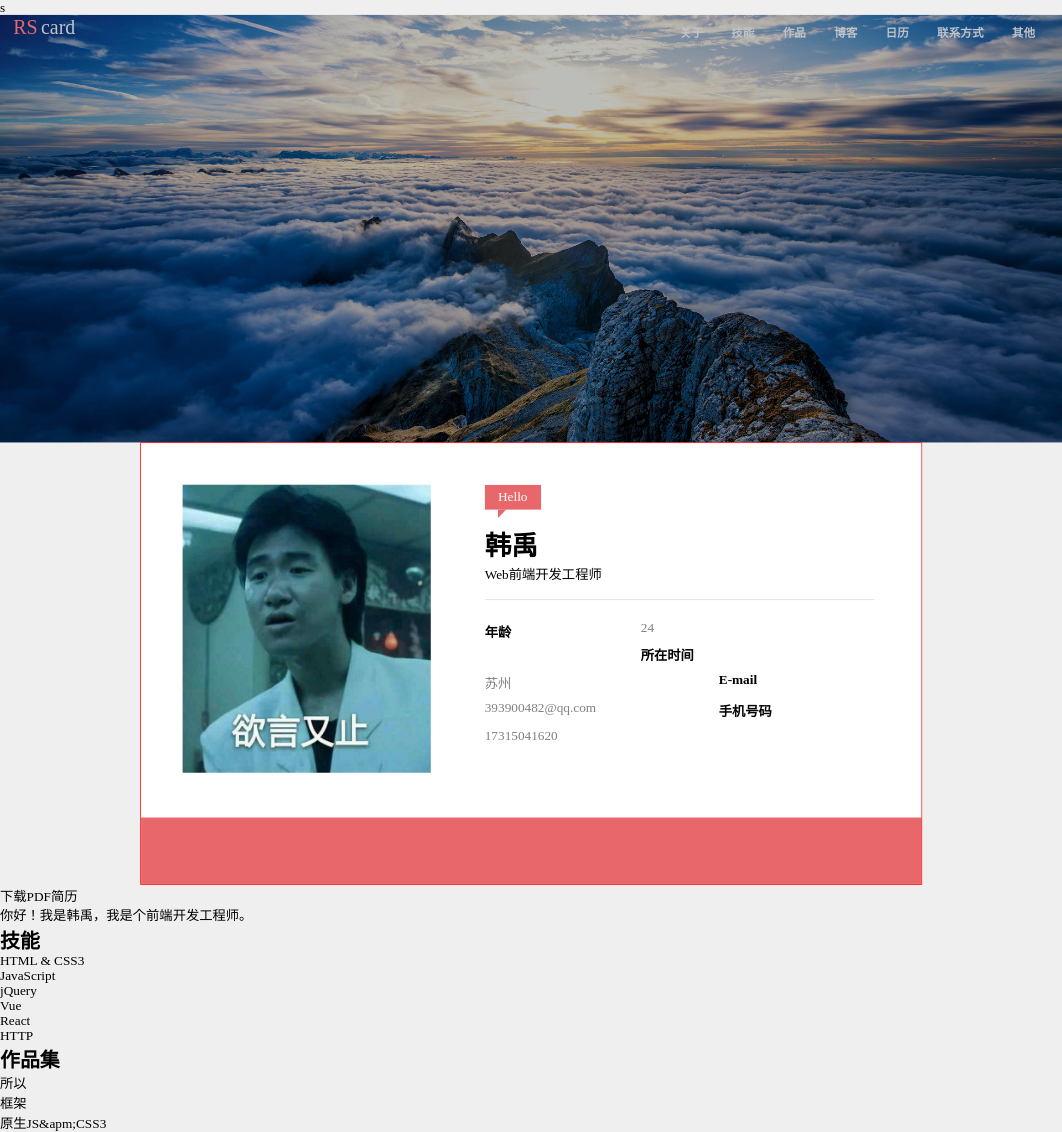
Repository: yorkHan/resume
Page: index.html
An editor plug-in stored every save of this project. The page is shown before and after the next save, followed by the edit.
The browser window is 1280 px wide. The pictures show the whole page, at 83% of full size.

Above is the page before, as saved 2018-04-10 00:50:11.

### index.html
<!DOCTYPE html>
<html lang="en">
<head>
    <meta charset="UTF-8">
    <meta name="viewport" content="width=device-width, initial-scale=1.0">
    <meta http-equiv="X-UA-Compatible" content="ie=edge">
    <title>Document</title>
    <link rel="stylesheet" href="./1.css">
    <script src="//at.alicdn.com/t/font_621912_9r2kl0u76xzb0529.js"></script>
    <style type="text/css">
        .icon {
           width: 1em; height: 1em;
           vertical-align: -0.15em;
           fill: currentColor;
           overflow: hidden;
        }
    </style>s
</head>
<body>
    <div class="topNavBar clearfix">
        <div class="topNavBar-inner clearfix">
            <a class="logo" href="#" alt="logo" style="float:left;">
                <span class="rs">RS</span><span class="card">card</span>
            </a>
            <nav>
                <ul class="clearfix" style="float: right;">
                    <li><a href="#">关于</a></li>
                    <li><a href="#">技能</a></li>
                    <li><a href="#">作品</a></li>
                    <li><a href="#">博客</a></li>
                    <li><a href="#">日历</a></li>
                    <li><a href="#">联系方式</a></li>
                    <li><a href="#">其他</a></li>
                </ul>
            </nav>
        </div>
    </div>
    <div class="banner" style="background-image: url(./images/3.jpg)">
        <div class="mask"></div>
    </div>
    <main>
        <div class="usercard">
            <div class="textAndPicture clearfix">
                <div class="pic">
                    <img src="./images/avatar.png" style="width:299px;height:347px" alt="头像">
                </div>
                <div class="text">
                    <div class="profile">
                    <span class="welcome">Hello
                        <span class="triangle"></span>
                    </span>
                    <h1>韩禹</h1>
                    <p>Web前端开发工程师</p>
                    <hr>
                    <dl>
                        <dt>年龄</dt>
                        <dd>24</dd>
                        <dt>所在时间</dt>
                        <dd>苏州</dd>
                        <dt>E-mail</dt>
                        <dd>393900482@qq.com</dd>
                        <dt>手机号码</dt>
                        <dd>17315041620</dd>
                    </dl>
                </div>
                </div>
            </div>
            <footer class="media">
                <a href="#">
                    <svg class="icon" aria-hidden="true">
                        <use xlink:href="#icon-github"></use>
                    </svg>
                </a>
                <a href="#">
                    <svg class="icon" aria-hidden="true">
                        <use xlink:href="#icon-dianhua"></use>
                    </svg>
                </a>
                <a href="#">
                    <svg class="icon" aria-hidden="true">
                        <use xlink:href="#icon-youjian"></use>
                    </svg>
                </a>
                <a href="#">
                    <svg class="icon" aria-hidden="true">
                        <use xlink:href="#icon-hexo"></use>
                    </svg>
                </a>
                <a href="#">
                    <svg class="icon" aria-hidden="true">
                        <use xlink:href="#icon-msnui-logo-qq"></use>
                     </svg>
                </a>
                <a href="#">
                    <svg class="icon" aria-hidden="true">
                        <use xlink:href="#icon-gongzhonghao"></use>
                    </svg>
                </a>
                <a href="#">
                    <svg class="icon" aria-hidden="true">
                        <use xlink:href="#icon-weibo"></use>
                    </svg>
                </a>
            </footer>
        </div>
        <a href="">下载PDF简历</a>
        <p>
            你好！我是韩禹，我是个前端开发工程师。
        </p>
    </main>
    <section>
        <h2>技能</h2>
        <ol>
            <li>HTML &amp; CSS3</li>
            <li>JavaScript</li>
            <li>jQuery</li>
            <li>Vue</li>
            <li>React</li>
            <li>HTTP</li>
        </ol>
    </section>
    <section>
        <h2>作品集</h2>
        <nav>
            <ol>
                <li>所以</li>
                <li>框架</li>
                <li>原生JS&apm;CSS3</li>
            </ol>
        </nav>
        <div class="jobs">
            <div class="big"></div>
            <div class='small'></div>
            <div class="small"></div>
        </div>
    </section>
</body>
</html>

### 1.css
body{
    background-color: #EFEFEF;
    margin: 0;
}
*{
    margin: 0;
    padding: 0;
}
a{
    color: inherit;
    text-decoration: none;
}
.clearfix::after{
    content: '';
    display: block;
    clear: both;
}
.topNavBar{
    padding: 20px 0px 20px 0px;
    position: fixed;
    top:0;
    left:0;
    width:100%;
}
.topNavBar-inner{
    padding: 0 16px;
}
.topNavBar nav>ul{
    list-style: none;
    margin: 0;
    padding: 0;
}
.topNavBar nav>ul>li{
    float: left;

}
.topNavBar nav>ul>li>a{
    display: block;
    font-size: 14px;
    font-weight: bold;
    color:#c1c3c7;
    margin-left: 17px;
    margin-right: 17px;
    padding-top: 5px;
    padding-bottom: 5px;
    border-top:3px solid transparent;
    border-bottom:3px solid transparent;
}
.topNavBar nav>ul>li>a:hover{
    border-bottom:3px solid #E8676B;
}
.topNavBar .logo{
    font-family: "Arial Rounded MT Bold";
    font-size: 24px;
}
.topNavBar .logo .rs{
    margin-right: 4px;
    color:#E8676B;
}
.topNavBar .logo .card {
    color:#c1c3c7;
}
.banner{
    height: 515px;
    background-position: center center;
    background-size:cover;
}
.banner .mask{
    height: 515px;
    background-color: rgba(0, 0, 0, 0.26);
}
.usercard{
    border:1px solid red;
    max-width: 940px;
    margin-left: auto;
    margin-right: auto;
}
.text .welcome{
    padding: 4px 16px;
    line-height: 22px;
    display: inline-block;
    background-color: #E8676B;
    color: white;
    position: relative;
}
.text h1{
    margin-top:18px;
}
hr{
    height: 0;
    border:none;
    border-top: 1px solid #DEDEDE;
}

.triangle{
    display: block;
    border: 10px solid transparent;
    width: 0;
    border-left-color:#E8676B;
    border-top:0;
    position: absolute;
    top:100%;
}
.usercard .pic{
    float: left;
}
.usercard .text{
    float: left;
    margin-left: 65px;
    width: 470px;
}
.usercard .text hr{
    margin: 20px 0px;
}
.usercard footer.media {
    background: #E8676B;
    padding: 20px;
    text-align: center;
}
.usercard footer.media>a {
    display: inline-block;
    border-radius: 50%;
    width: 40px;
    padding: 5px 0;
    line-height: 30px;
    margin: 0 20px;
}
.usercard svg{
    width: 30px;
    height: 30px;
    fill: white;
    vertical-align: top;
}
.textAndPicture{
    background-color: #FFF;
    padding: 50px;
}
.usercard dl dt{
    float: left;
    width: 40%;
    padding: 5px 0;
    font-weight: bold;
}
.usercard dl dd{
    float: left;
    width: 60%;
    padding: 5px 0;
    color: gray;
}

After the next save:
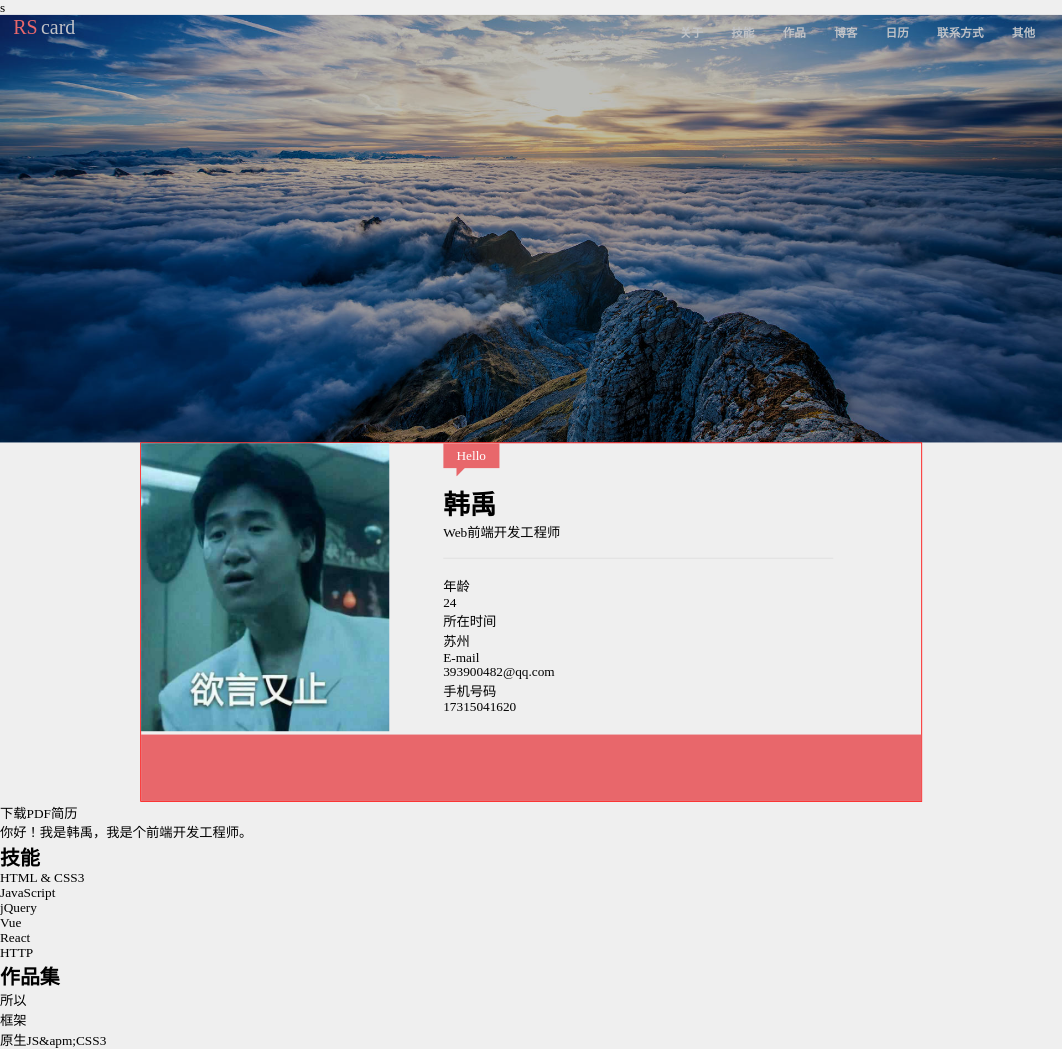
Saved 60 s later.
--- a/1.css
+++ b/1.css
@@ -125,6 +125,7 @@
     line-height: 30px;
     margin: 0 20px;
 }
+.usercard footer.media>a {
 .usercard svg{
     width: 30px;
     height: 30px;

After the 3 saves that followed:
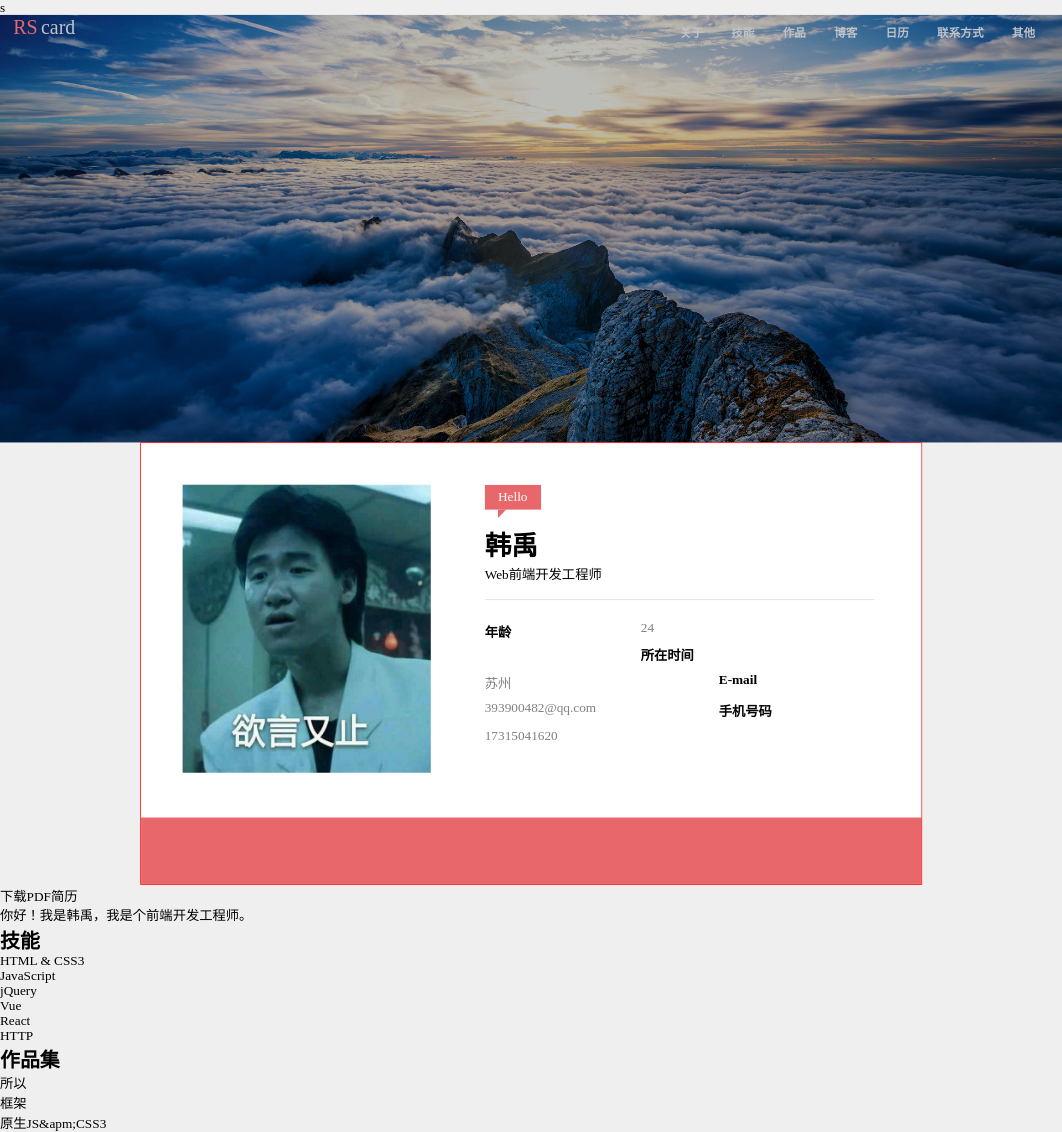
The 3 saves are shown as one change because they came seconds apart.
The last was saved 9 s later.
--- a/1.css
+++ b/1.css
@@ -125,7 +125,8 @@
     line-height: 30px;
     margin: 0 20px;
 }
-.usercard footer.media>a {
+.usercard footer.media>a:hover{
+}
 .usercard svg{
     width: 30px;
     height: 30px;
